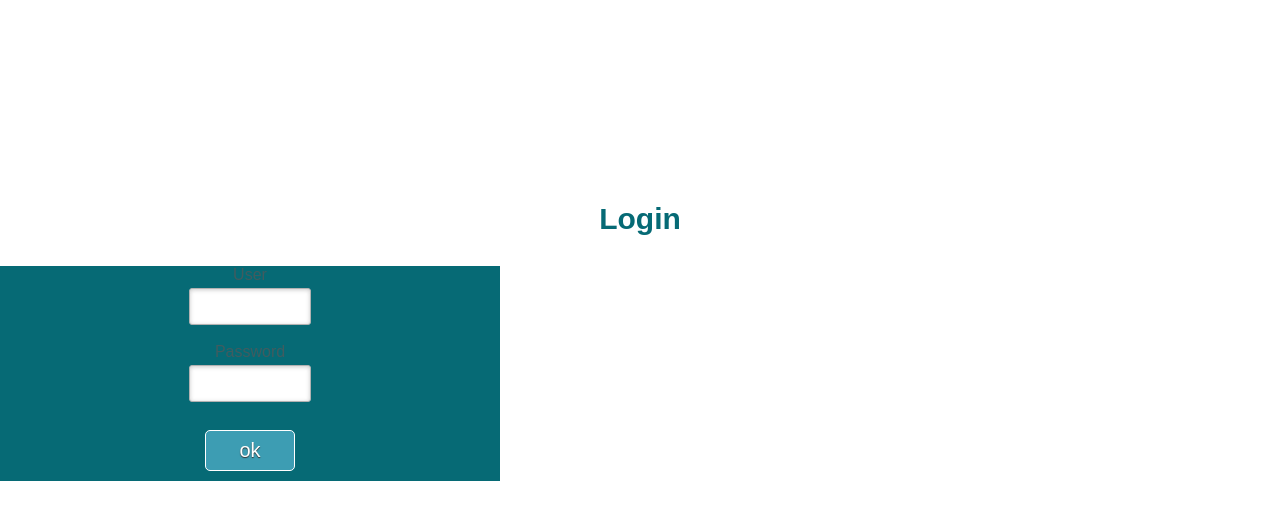
Repository: fontanive12/Biblioteca
Page: front/login.html
These files come from the project's save history. The page is drawn as it stood at one moment and after the next save; the edit follows.
The browser window is 1280 px wide. The pictures show the whole page.

Above is the page before, as saved 2022-09-07 18:03:23.

### front/login.html
<!DOCTYPE html>
<html lang="en">

<head>
    <meta charset="UTF-8">
    <meta http-equiv="X-UA-Compatible" content="IE=edge">
    <meta name="viewport" content="width=device-width, initial-scale=1.0">
    <link rel="stylesheet" href="login.css">
    <title>Document</title>
</head>

<body>
    <div class="containerLogin">
        <h1>Login</h1>
        <div class="containerLabel">
            <div class="lineLogin">
                <label for="userLogin">User</label>
                <br />
                <input id="userLogin">
            </div>
            <br />
            <div class="lineLogin">
                <label for="passwordLogin">Password</label>
                <br />
                <input type="password" name="passwordLogin" id="passwordLogin">
            </div>
            <br />
            <button id="button" onclick="checkTable()">ok</button>
        </div>
    </div>

</body>
<script src="login.js"></script>
<script src="https://unpkg.com/axios/dist/axios.min.js"></script>

</html>

### front/login.css
/* CSS reset */
*, *:before, *:after {
    margin:0;
    padding:0;
    font-family: Arial,sans-serif;
  }

  .containerLabel {
    width: 500px;
    background-color: #066a75;
  }

  /* remove a linha dos links */
  a{
    text-decoration: none;
  }

  /* esconde as ancoras da tela */
  a.links{
    display: none;
  }

  .containerLogin {
    text-align: center;
    margin-top: 200px;
  }

  .content{
    width: 500px;
    min-height: 560px;
    margin: 0px auto;
    position: relative;
  }

  h1{
    font-size: 30px;
    color: #066a75;
    padding: 2px 0 10px 0;
    font-family: Arial,sans-serif;
    font-weight: bold;
    text-align: center;
    padding-bottom: 30px;
  }



  p{
    margin-bottom:15px;
  }

  .content p:first-child{
    margin: 0px;
  }

  label{
    color: #405c60;
    position: relative;
  }

  /* placeholder */
::-webkit-input-placeholder  {
    color: #bebcbc;
    font-style: italic;
  }

  input:-moz-placeholder,
  textarea:-moz-placeholder{
    color: #bebcbc;
    font-style: italic;
  }

  input {
    outline: none;
  }

  /*estilo dos input,  menos o checkbox */
  input:not([type="checkbox"]){
    width: 20%;
    margin-top: 4px;
    padding: 10px;
    border: 1px solid #b2b2b2;

    -webkit-border-radius: 3px;
    border-radius: 3px;

    -webkit-box-shadow: 0px 1px 4px 0px rgba(168, 168, 168, 0.6) inset;
    box-shadow: 0px 1px 4px 0px rgba(168, 168, 168, 0.6) inset;

    -webkit-transition: all 0.2s linear;
    transition: all 0.2s linear;
  }

  /* estilo do botão submit */
  button{
    width: 18%!important;
    cursor: pointer;
    background: rgb(61, 157, 179);
    padding: 8px 5px;
    color: #fff;
    font-size: 20px;
    border: 1px solid #fff;
    margin-bottom: 10px;
    margin-top: 10px;
    text-shadow: 0 1px 1px #333;
    -webkit-border-radius: 5px;
    border-radius: 5px;
    transition: all 0.2s linear;
  }

### front/login.js
const ENDPOINT = "http://localhost:3000";

const checkTable = () => {
    axios.get(`${ENDPOINT}/users`)
        .then((response) => {
            if (response.status === 200) {
                const data = response.data;

                const input1 = document.querySelector("#userLogin");
                const userLogin = input1.value;

                const input2 = document.querySelector("#passwordLogin");
                const passwordLogin = input2.value;

                let validation = false;

                for (let i = 0; i < data.length; i++) {

                    if (userLogin === data[i].email && passwordLogin === data[i].password) {
                        validation = true;
                    }
                }

                if (validation === true) {
                    window.location.href = "initialPage.html";
                } else {
                    alert('error')
                }

                console.log(data)
            }
        })
};

After the next save:
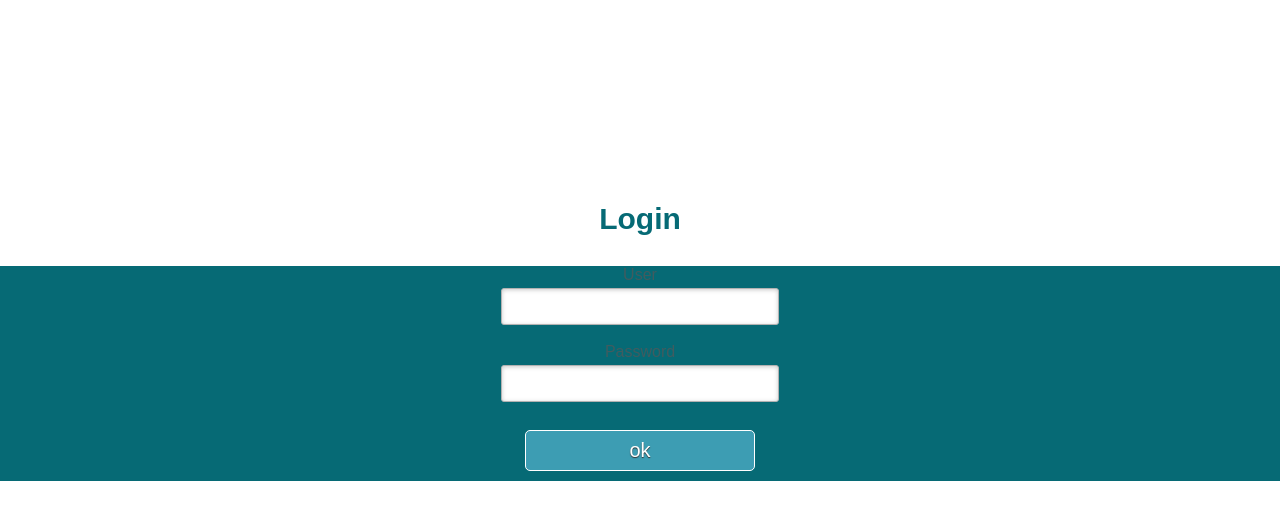
Saved 25 s later.
--- a/front/login.css
+++ b/front/login.css
@@ -6,7 +6,7 @@
   }
 
   .containerLabel {
-    width: 500px;
+    /* width: 500px; */
     background-color: #066a75;
   }
 

After the 3 saves that followed:
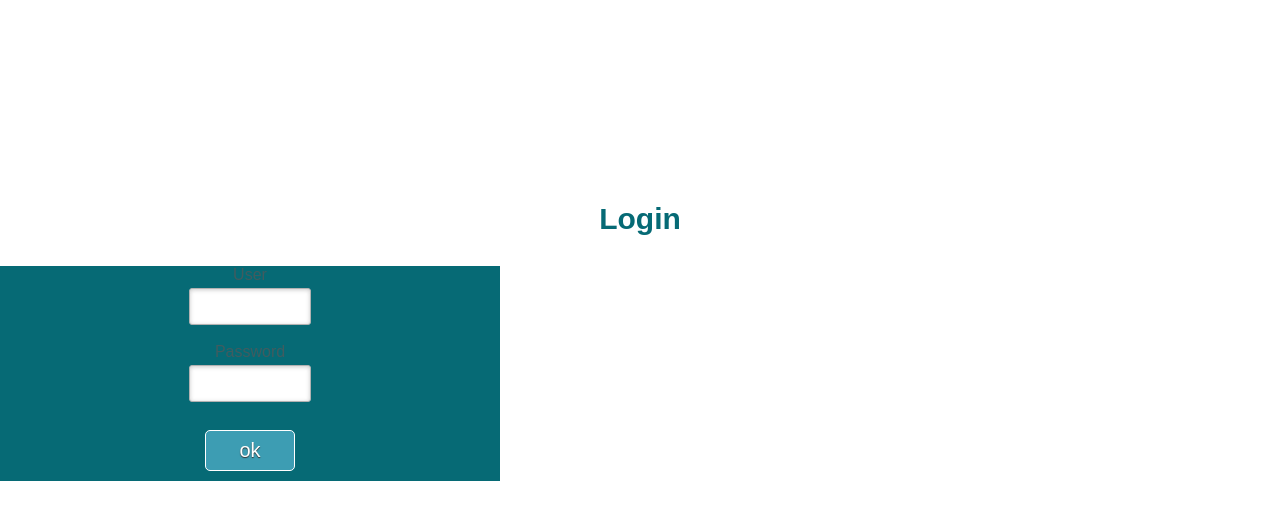
The 3 saves are shown as one change because 1 left the picture as it was and some came seconds apart.
The last was saved 20 s later.
--- a/front/login.css
+++ b/front/login.css
@@ -6,8 +6,9 @@
   }
 
   .containerLabel {
-    /* width: 500px; */
+    width: 500px;
     background-color: #066a75;
+    text-align: center;
   }
 
   /* remove a linha dos links */
